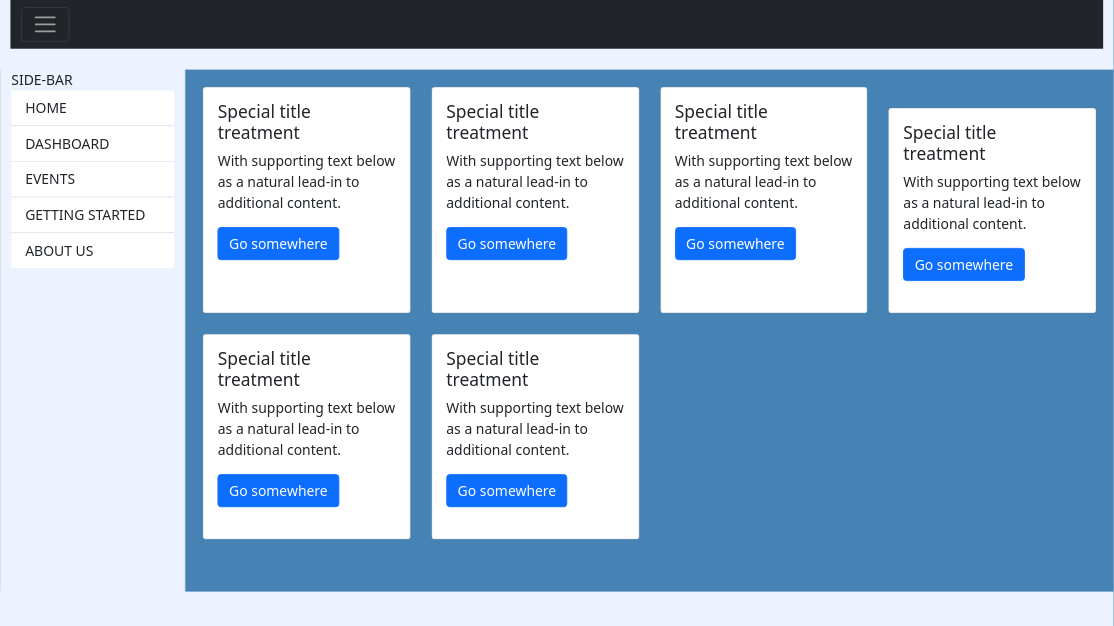
Repository: Dayvid0/BOOTSTRAP-TUTORIALS
Page: cosmos.example.html
These files come from the project's save history. The page is drawn as it stood at one moment and after the next save; the edit follows.
The browser window is 1280 px wide. The pictures show the whole page, at 87% of full size.

Above is the page before, as saved 2025-01-29 09:54:49.

After the next save:
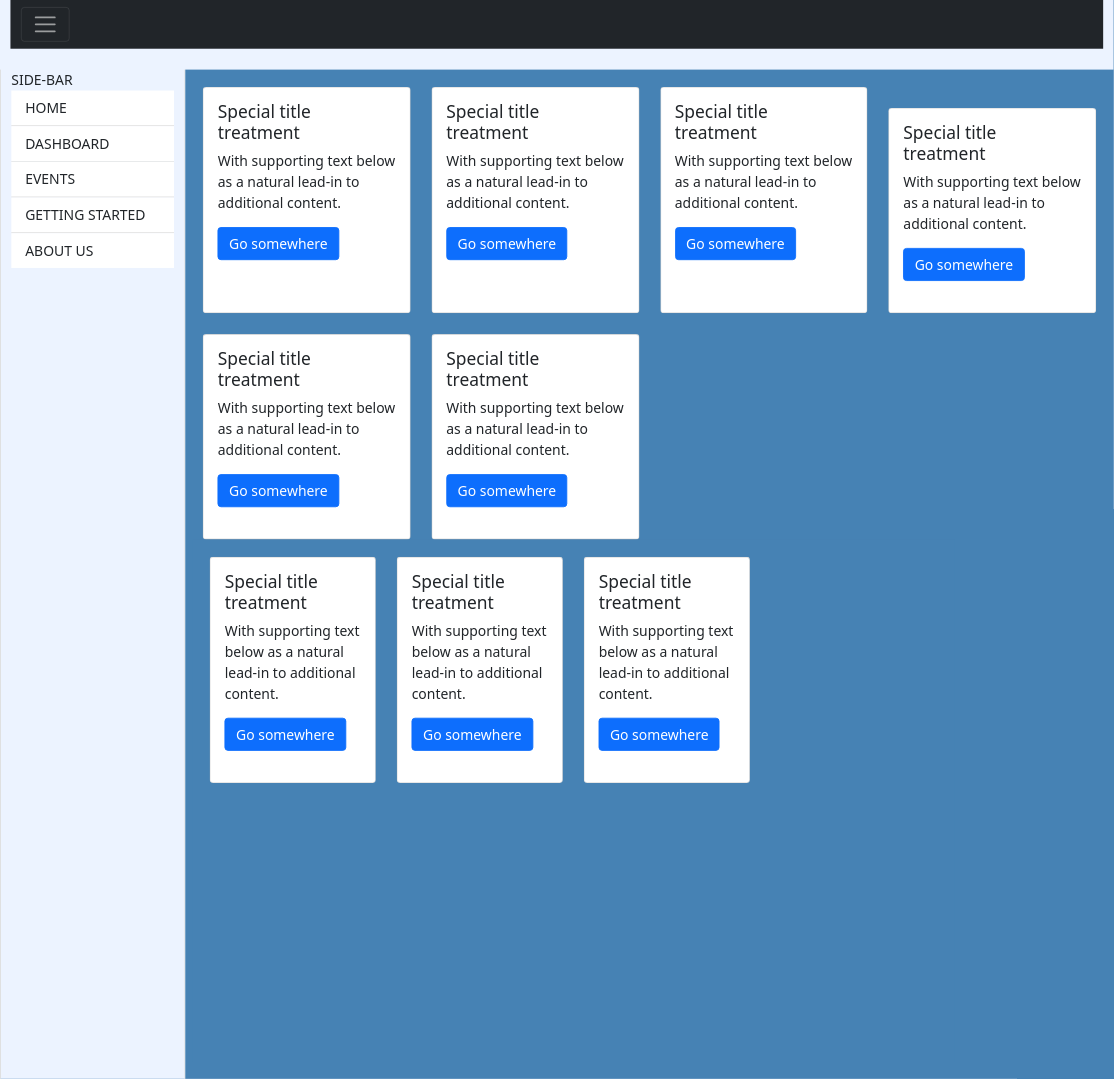
Saved 64 s later.
--- a/cosmos.example.html
+++ b/cosmos.example.html
@@ -121,6 +121,41 @@
                 </div>
               </div>
             </div>
+            <!-- Main Content -->
+        <div class="main-content col-md-10">
+          <div class="row">
+            <!-- Card 1 -->
+            <div class="col-md-4 col-lg-3 col-sm-6">
+              <div class="card">
+                <div class="card-body">
+                  <h5 class="card-title">Special title treatment</h5>
+                  <p class="card-text">With supporting text below as a natural lead-in to additional content.</p>
+                  <a href="#" class="btn btn-primary">Go somewhere</a>
+                </div>
+              </div>
+            </div>
+            <!-- Card 2 -->
+            <div class="col-md-4 col-lg-3 col-sm-6">
+              <div class="card">
+                <div class="card-body">
+                  <h5 class="card-title">Special title treatment</h5>
+                  <p class="card-text">With supporting text below as a natural lead-in to additional content.</p>
+                  <a href="#" class="btn btn-primary">Go somewhere</a>
+                </div>
+              </div>
+            </div>
+            <!-- You can add more cards here following the same structure -->
+             <!--CARD 3-->
+             <div class="col-md-4 col-lg-3 col-sm-6">
+              <div class="card">
+                <div class="card-body">
+                  <h5 class="card-title">Special title treatment</h5>
+                  <p class="card-text">With supporting text below as a natural lead-in to additional content.</p>
+                  <a href="#" class="btn btn-primary">Go somewhere</a>
+                </div>
+              </div>
+            </div>
+             <!--CARD 4-->
             <!--END OF CARDS-->
           </div>
         </div>

After the save that followed:
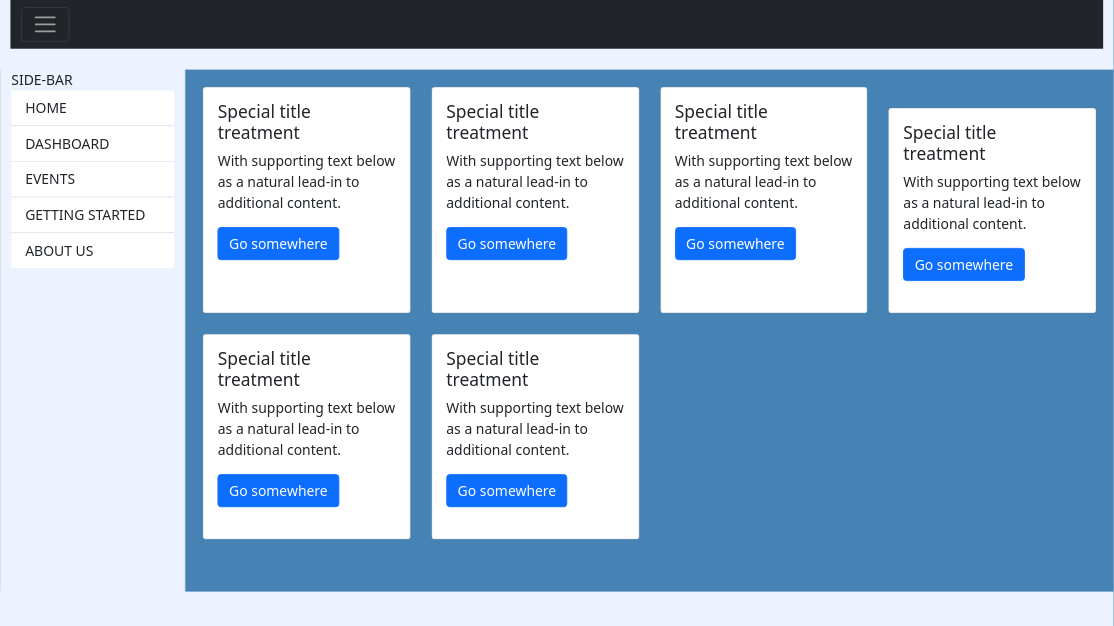
Saved 22 s later.
--- a/cosmos.example.html
+++ b/cosmos.example.html
@@ -121,41 +121,6 @@
                 </div>
               </div>
             </div>
-            <!-- Main Content -->
-        <div class="main-content col-md-10">
-          <div class="row">
-            <!-- Card 1 -->
-            <div class="col-md-4 col-lg-3 col-sm-6">
-              <div class="card">
-                <div class="card-body">
-                  <h5 class="card-title">Special title treatment</h5>
-                  <p class="card-text">With supporting text below as a natural lead-in to additional content.</p>
-                  <a href="#" class="btn btn-primary">Go somewhere</a>
-                </div>
-              </div>
-            </div>
-            <!-- Card 2 -->
-            <div class="col-md-4 col-lg-3 col-sm-6">
-              <div class="card">
-                <div class="card-body">
-                  <h5 class="card-title">Special title treatment</h5>
-                  <p class="card-text">With supporting text below as a natural lead-in to additional content.</p>
-                  <a href="#" class="btn btn-primary">Go somewhere</a>
-                </div>
-              </div>
-            </div>
-            <!-- You can add more cards here following the same structure -->
-             <!--CARD 3-->
-             <div class="col-md-4 col-lg-3 col-sm-6">
-              <div class="card">
-                <div class="card-body">
-                  <h5 class="card-title">Special title treatment</h5>
-                  <p class="card-text">With supporting text below as a natural lead-in to additional content.</p>
-                  <a href="#" class="btn btn-primary">Go somewhere</a>
-                </div>
-              </div>
-            </div>
-             <!--CARD 4-->
             <!--END OF CARDS-->
           </div>
         </div>
